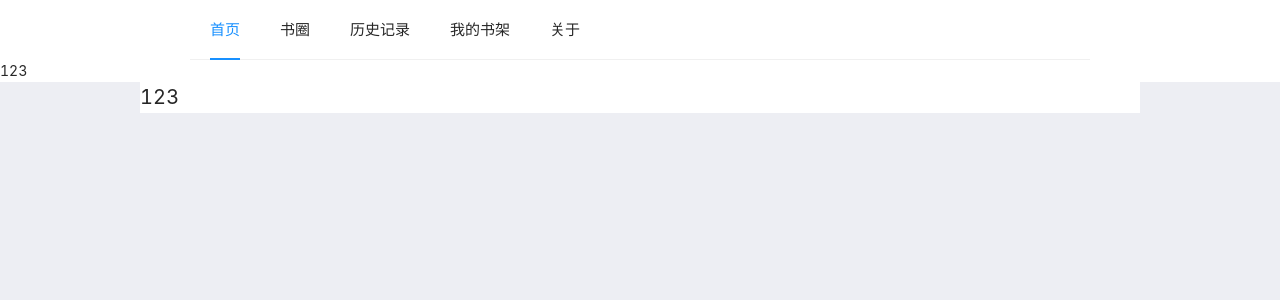
Repository: Fengjing95/book-react
Page: /
The author's editor kept a copy of each file at every save. The page is drawn from the files as they stood at one save, then again after the next save.
The browser window is 1280 px wide. The pictures show the whole page.
The project was rebuilt for these pictures with package versions that can differ from the ones it lists, and the page was loaded fresh each time.

Above is the page before, as saved 2021-02-19 11:39:43.

### src/index.js
/*
 * @Date: 2021-01-24 10:37:12
 * @LastEditors: 小枫
 * @description: 配置
 * @LastEditTime: 2021-01-24 11:21:08
 * @FilePath: \book-react\src\index.js
 */
import React from 'react';
import ReactDOM from 'react-dom';
import './index.css';
import App from './App';
// import reportWebVitals from './reportWebVitals';
import axios from 'axios';
import 'antd/dist/antd.css';

// 配置axios
axios.defaults.baseURL = '/api'
// 配置请求拦截
axios.interceptors.request.use(
  config => {
    config.headers.Authorization = window.localStorage.getItem('token')
    return config;
  },
  err => {
    return Promise.reject(err);
  }
);
// 添加响应拦截器
axios.interceptors.response.use(
  function (response) {
    console.log(response);
    return response;
  },
  function (error) {
    // 对响应错误做点什么
    return Promise.reject(error);
  }
);
React.Component.prototype.$http = axios

ReactDOM.render(
  <React.StrictMode>
    <App />
  </React.StrictMode>,
  document.getElementById('root')
);

// If you want to start measuring performance in your app, pass a function
// to log results (for example: reportWebVitals(console.log))
// or send to an analytics endpoint. Learn more: https://bit.ly/CRA-vitals
// reportWebVitals();

### src/App.js
/*
 * @Date: 2021-01-24 10:37:12
 * @LastEditors: 小枫
 * @description: 主组件
 * @LastEditTime: 2021-02-19 11:28:44
 * @FilePath: \book-react\src\App.js
 */
import './App.css';
import { BrowserRouter as Router } from "react-router-dom"
import { renderRoutes } from 'react-router-config'
import { routes } from './router/index'
import MyMenu from './components/MyMenu/MyMenu'

function AppRouter() {
  return <div>
      <Router>
        <MyMenu />
        <div className="App">
          {renderRoutes(routes)}
        </div>
      </Router>
    </div >
}

export default AppRouter

### src/App.css
.App {
  /* text-align: center; */
  width: 1000px;
  margin: 0 auto;
  background-color: #fff;
}


.App-logo {
  height: 40vmin;
  pointer-events: none;
}

@media (prefers-reduced-motion: no-preference) {
  .App-logo {
    animation: App-logo-spin infinite 20s linear;
  }
}

.App-header {
  background-color: #282c34;
  min-height: 100vh;
  display: flex;
  flex-direction: column;
  align-items: center;
  justify-content: center;
  font-size: calc(10px + 2vmin);
  color: white;
}

.App-link {
  color: #61dafb;
}

@keyframes App-logo-spin {
  from {
    transform: rotate(0deg);
  }
  to {
    transform: rotate(360deg);
  }
}

### src/router/index.js
/*
 * @Date: 2021-01-24 11:15:58
 * @LastEditors: 小枫
 * @description: description
 * @LastEditTime: 2021-01-24 11:19:53
 * @FilePath: \book-react\src\router\index.js
 */
import Home from '../pages/Home/Home'

export const routes = [
  {
    path: '/',
    exact: true,
    component: Home
  },
  // {
  //   path: '/list/:id',
  //   component: InputList,
  //   routes: [
  //     {
  //       path: '/list/:id/h',
  //       component: News
  //     }
  //   ]
  // }
]

### src/components/MyMenu/MyMenu.jsx
import React, { Component } from 'react'
import { Menu } from 'antd'
import { Link } from "react-router-dom"
import './menu.sass'

export class MyMenu extends Component {
  constructor(props) {
    super(props)

    this.state = {
      current: 'home',
      menu: [
        { name: '首页', route: '/', key: 'home' },
        { name: '书圈', route: '/discussion', key: 'discussion' },
        { name: '历史记录', route: '/history', key: 'history' },
        { name: '我的书架', route: '/collection', key: 'collection' },
        { name: '关于', route: '/about', key: 'about' }
      ]
    }
  }

  menuHandler = (e) => {
    this.setState({
      current: e.key
    })
  }

  render() {
    return (
      <div className="menu-bg">
        <Menu
          selectedKeys={[this.state.current]}
          mode="horizontal" onClick={this.menuHandler}
          style={{ lineHeight: '60px', fontSize: '15px', width: '900px', margin: '0 auto' }}>
          {
            this.state.menu.map((item) => {
              return <Menu.Item key={item.key}>
                <Link to={item.route}>{item.name}</Link>
              </Menu.Item>
            })
          }
        </Menu>
        <div className="user">123</div>
      </div>
    )
  }
}

export default MyMenu

### src/pages/Home/Home.jsx
import React, { Component } from 'react'
import './home.sass'

export class Home extends Component {
  constructor(props) {
    super(props)

    this.state = {
      msg: '123',
    }
  }

  render() {
    return (
      <div className="msg">
        {this.state.msg}
      </div>
    )
  }
}

export default Home

### src/components/MyMenu/menu.sass
.menu-bg
  width: 100%
  background-color: #fff
  display:flex
  .user
    flex: 1

### src/pages/Home/home.sass
.msg
  font-size: 20px

Loaded but not shown: public/index.html (common file); src/index.css (common file)

After the next save:
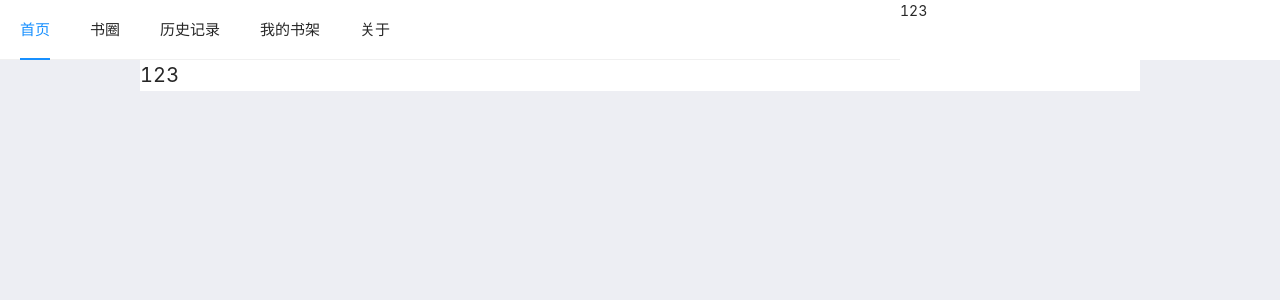
Saved 93 s later.
--- a/src/components/MyMenu/MyMenu.jsx
+++ b/src/components/MyMenu/MyMenu.jsx
@@ -27,7 +27,7 @@
 
   render() {
     return (
-      <div className="menu-bg">
+      <div className="menu-bg" style={{display: 'flex'}}>
         <Menu
           selectedKeys={[this.state.current]}
           mode="horizontal" onClick={this.menuHandler}

After the save that followed:
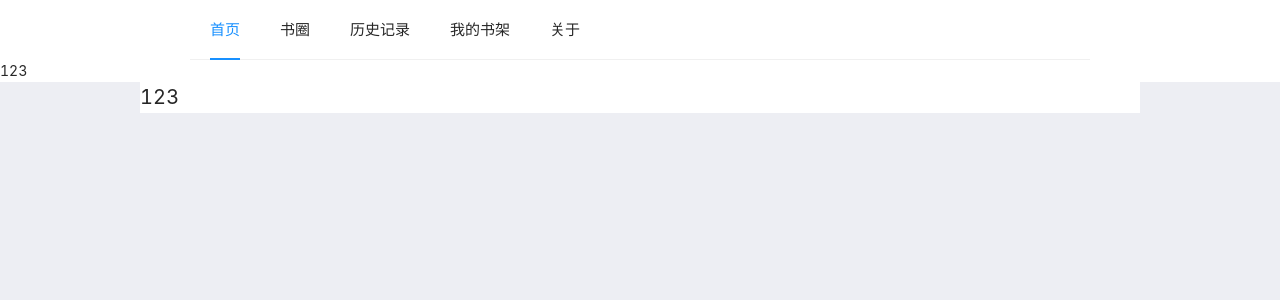
Saved 38 s later.
--- a/src/components/MyMenu/MyMenu.jsx
+++ b/src/components/MyMenu/MyMenu.jsx
@@ -27,7 +27,7 @@
 
   render() {
     return (
-      <div className="menu-bg" style={{display: 'flex'}}>
+      <div className="menu-bg">
         <Menu
           selectedKeys={[this.state.current]}
           mode="horizontal" onClick={this.menuHandler}
